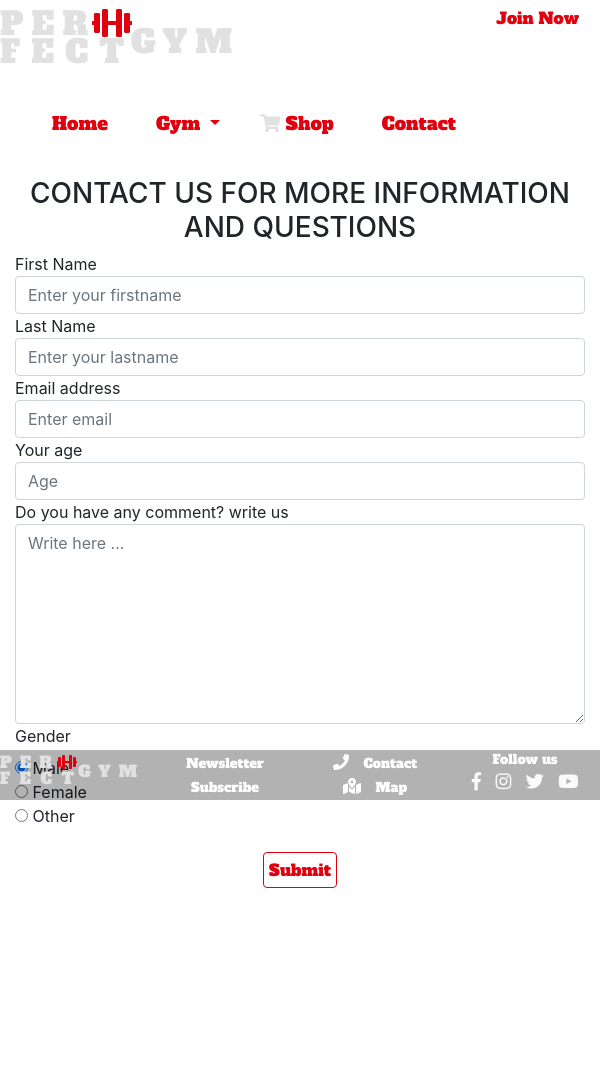
Repository: meghdadyazdi/UCFD-Milestone
Page: contact.html
The author's editor kept a record of every edit. The page is drawn from the files as they stood at one moment, then again after the next edit.
The browser window is 600 px wide. The pictures show the whole page.
Some web libraries are served in a nearby version.

Above is the page before.

After the next edit:
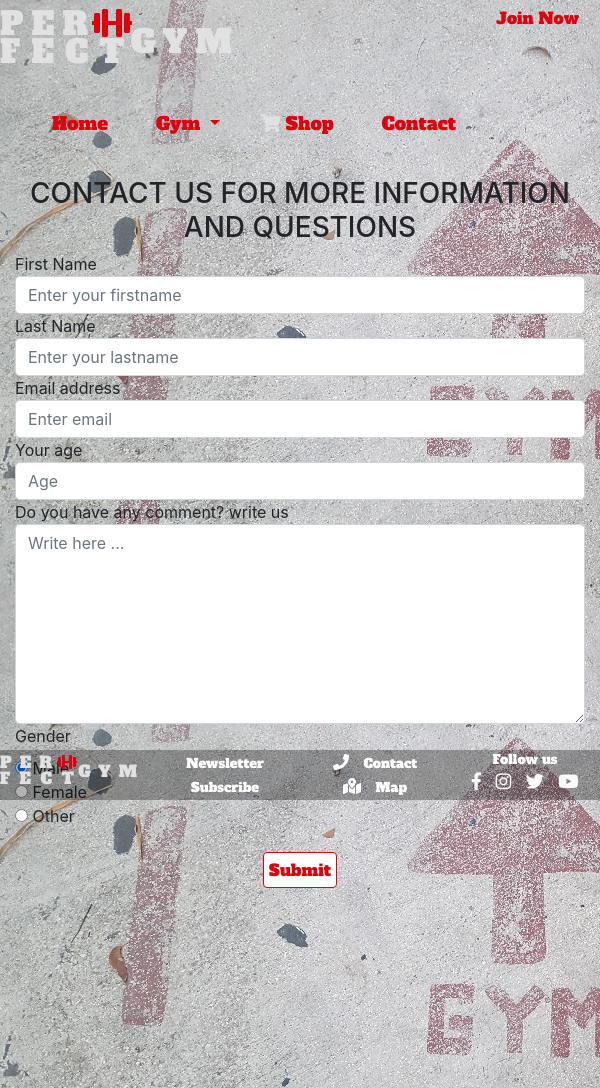
The edit:
--- a/style.css
+++ b/style.css
@@ -724,8 +724,8 @@
         background-image: url("images/shop-mobile.jpg");
     }
 
-    .shop-body {
-        background-image: url("images/shop-mobile.jpg");
+    .contact-body {
+        background-image: url("images/gym-mobile.jpg");
     }
 }
 
